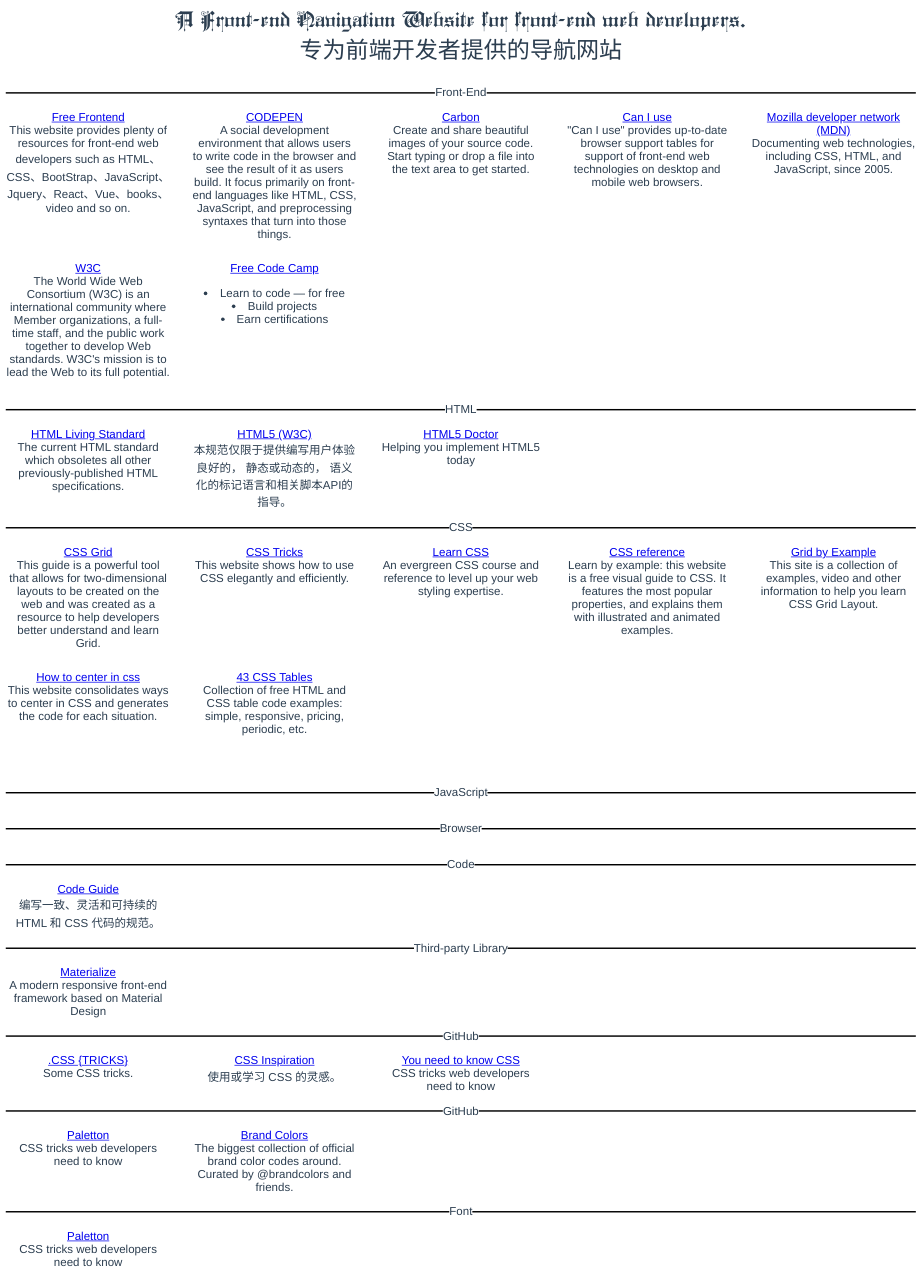
Repository: 321paranoiawhy/fenav.io
Page: /
The author's editor kept a copy of each file at every save. The page is drawn from the files as they stood at one save, then again after the next save.
The browser window is 1280 px wide. The pictures show the whole page, at 72% of full size.
The project was rebuilt for these pictures with package versions that can differ from the ones it lists, and the page was loaded fresh each time. Also part of the build but not shown: vue.config.js.

Above is the page before, as saved 2022-04-06 01:42:58.

After the next save:
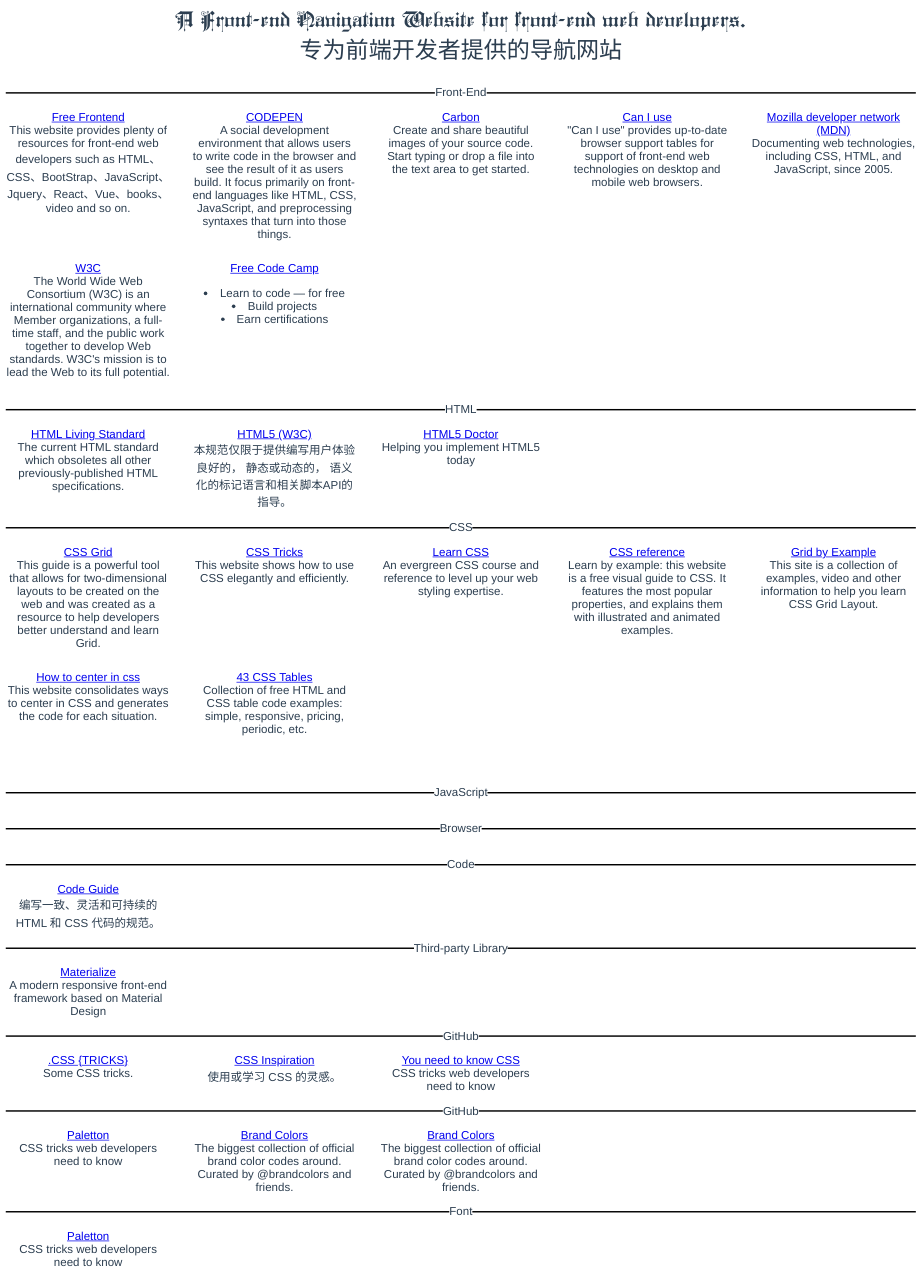
Saved 78 s later.
--- a/src/views/HomeView.vue
+++ b/src/views/HomeView.vue
@@ -219,6 +219,13 @@
             >
             <div class="description">
                 CSS tricks web developers need to know
+            </div>
+        </div>
+        <div class="card">
+            <a class="url" href="http://brandcolors.net/">Brand Colors</a>
+            <div class="description">
+                The biggest collection of official brand color codes around.
+                Curated by @brandcolors and friends.
             </div>
         </div>
         <div class="card">
